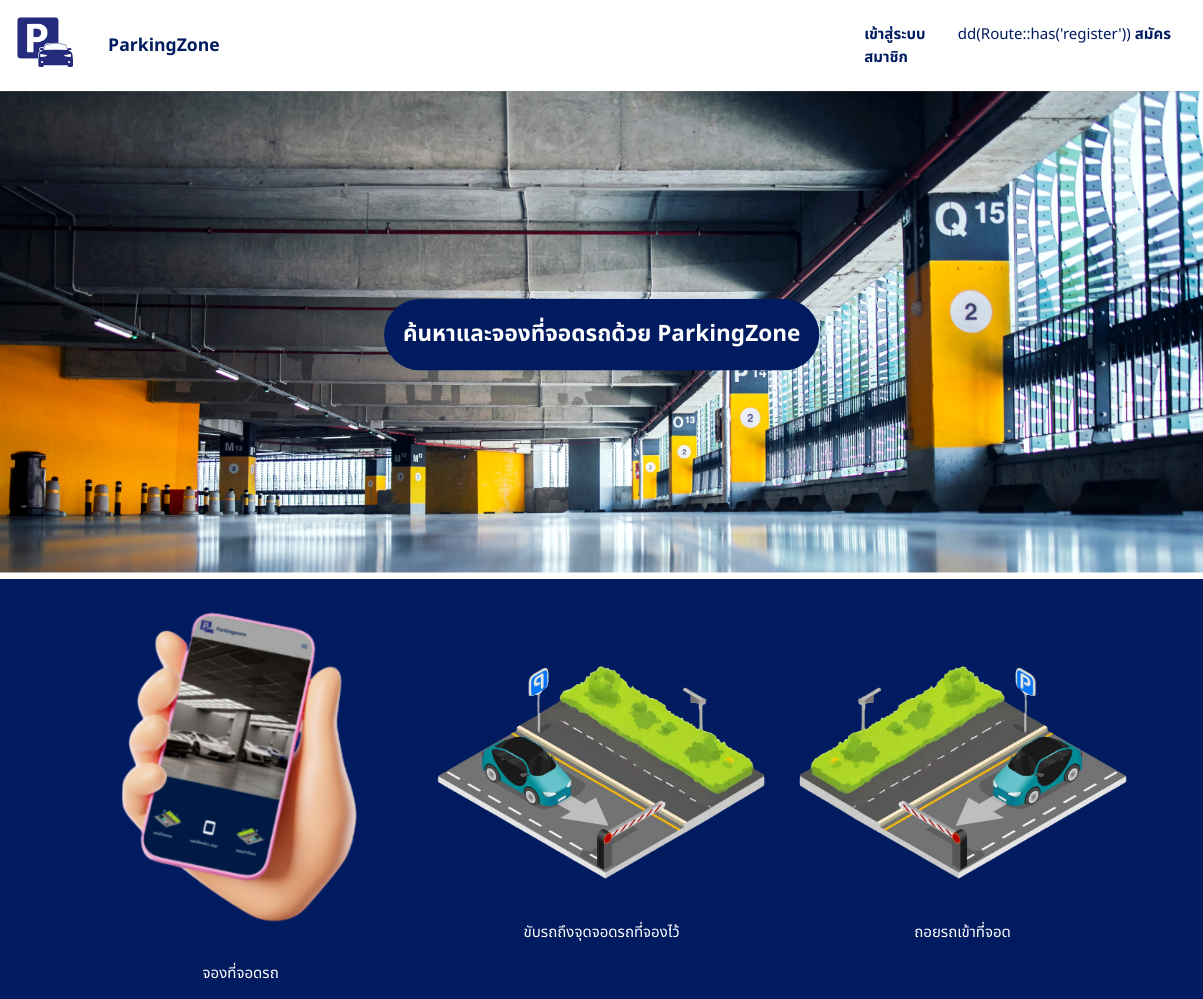
Repository: ThanyalakSasen/webApp
Page: http://localhost/
An editor plug-in stored every save of this project. The page is shown before and after a run of saves, followed by the edit.
The browser window is 1280 px wide. The pictures show the whole page, at 94% of full size.
The page is served by the project's Laravel application, run on PHP 8.4 with Laravel 12. Other server files are loaded and not shown.

Above is the page before, as saved 2024-09-29 19:03:16.

### resources/views/welcome.blade.php
<!DOCTYPE html>
<html lang="{{ str_replace('_', '-', app()->getLocale()) }}">
    <head>
        <meta charset="utf-8">
        <meta name="viewport" content="width=device-width, initial-scale=1">

        <title>ParkingZone</title>

        <!-- Fonts -->
        <link rel="preconnect" href="https://fonts.bunny.net">
        <link href="https://fonts.bunny.net/css?family=figtree:400,600&display=swap" rel="stylesheet" />

        <!-- Styles -->
        <style>
            @font-face {
                font-family: Noto_sans_thai;
                src: url("../Noto_Sans_Thai/NotoSansThai-VariableFont_wdth,wght.ttf");
            }
            body{
                font-family: "Noto_sans_thai",sans-serif;
                margin: 0px;
                padding: 0px;
            }
            header{
                display: flex;
                background-color: #ffffff;
                color: #011b60;
                box-shadow: 0px 2px 15px black;
                padding: 15px;
            }
            header h3{
                margin-left: 10px;
                width: 75%;
            }
            header img{
                margin-left: 5%;
                width: 60px;
                height: auto;
            }
            a{
                margin-right: 30px;
                color: #011b60;
                text-decoration: none;
                font-weight: bold;
            }
            nav{
                margin-top: auto;
                margin-bottom: auto;
            }
            .container {
                position: relative;
                text-align: center;
                color: white;
            }
            #centered {
                position: absolute;
                top: 50%;
                left: 50%;
                transform: translate(-50%, -50%);
                background-color: #011b60;
                color: #ffffff;
                padding: 20px;
                border-radius: 40px;
                font-size: x-large;
                font-weight: bolder;
            }
            #main{
                background-color: #011b60;
                width: 100%;
                display: flex;
                color: #ffffff;
                display: flex;
                justify-content: center;

            }
            #main .sub-main{
                width: 30%;
                text-align: center
            }
            #main .sub-main img{
                width: 100%;
                margin-left: auto;
                margin-right: auto;
            }
            #main .sub-main p{
                font-weight: normal;
            }
        </style>
    </head>
    <body class="font-sans antialiased dark:bg-black dark:text-white/50">
        <header>
            <a href="{{url('/welcome')}}"><img src="../../img/logo.png" alt=""></a>
            <h3>ParkingZone</h3>
            @if (Route::has('login'))
            <nav class="-mx-3 flex flex-1 justify-end">
                @auth
                    <a href="{{ url('/praking') }}"
                        class="rounded-md px-3 py-2 text-black ring-1 ring-transparent transition hover:text-black/70 focus:outline-none focus-visible:ring-[#FF2D20] dark:text-white dark:hover:text-white/80 dark:focus-visible:ring-white"
                        >praking</a>
                        <a href="{{ url('/dashboard') }}"
                        class="rounded-md px-3 py-2 text-black ring-1 ring-transparent transition hover:text-black/70 focus:outline-none focus-visible:ring-[#FF2D20] dark:text-white dark:hover:text-white/80 dark:focus-visible:ring-white"
                        >dashboard</a>
            @else
                <a href="{{ route('login') }}"
                        class="rounded-md px-3 py-2 text-black ring-1 ring-transparent transition hover:text-black/70 focus:outline-none focus-visible:ring-[#FF2D20] dark:text-white dark:hover:text-white/80 dark:focus-visible:ring-white"
                        >เข้าสู่ระบบ</a>

                dd(Route::has('register'))
                @if (Route::has('register'))
                    <a href="{{ route('register') }}"
                            class="rounded-md px-3 py-2 text-black ring-1 ring-transparent transition hover:text-black/70 focus:outline-none focus-visible:ring-[#FF2D20] dark:text-white dark:hover:text-white/80 dark:focus-visible:ring-white"
                            >สมัครสมาชิก</a>
                @endif
            @endauth
            </nav>
        @endif
        </header>
        <section>
            <div class="container">
                <img src="../img/parking_lot.jpg" alt="" style="width:100%">
                <div id="centered">ค้นหาและจองที่จอดรถด้วย ParkingZone</div>
            </div>
            <div id="main">
                <div class="sub-main">
                    <img src="../img/456.png" alt="">
                    <p>จองที่จอดรถ</p>
                </div>
                <div class="sub-main">
                    <img src="../img/pikaso_embed1.png" alt="">
                    <p>ขับรถถึงจุดจอดรถที่จองไว้</p>
                </div>
                <div class="sub-main">
                    <img src="../img/pikaso_embed.png" alt="">
                    <p>ถอยรถเข้าที่จอด</p>
                </div>

            </div>
        </section>
    </body>
</html>
{{-- <div class="container-1" style="width:50%">
    <form action="">
    <div id="centered" style="width:100%">
        <p>ค้นหาที่จอดรถ</p>
        <div id="findplace">
                <div>
                    <button>รายชั่วโมง</button>
                    <button>รายวัน</button>
                    <button>รายเดือน</button>
                </div>
                <div>
                    <label for="place">สถานที่</label><br>
                    <select name="place" id="place">
                        <option value="เซนทรัล">เซนทรัล</option>
                        <option value="โลตัส-สาขาโนนม่วง">โลตัส สาขาโนนม่วง</option>
                    </select>
                </div>
                <div>
                    <label for="day">วันที่เข้าจอด</label><br>
                    <input type="date">
                </div>
        </div>
            <input type="submit" value="ค้นหาที่จอด">
        </form>
    </div> --}}

Loaded but not shown: routes/web.php (common file); routes/auth.php (common file); app/Http/Controllers/Auth/EmailVerificationPromptController.php (common file); app/Http/Controllers/Controller.php (common file); app/Http/Controllers/Auth/VerifyEmailController.php (common file)

After the next 2 saves:
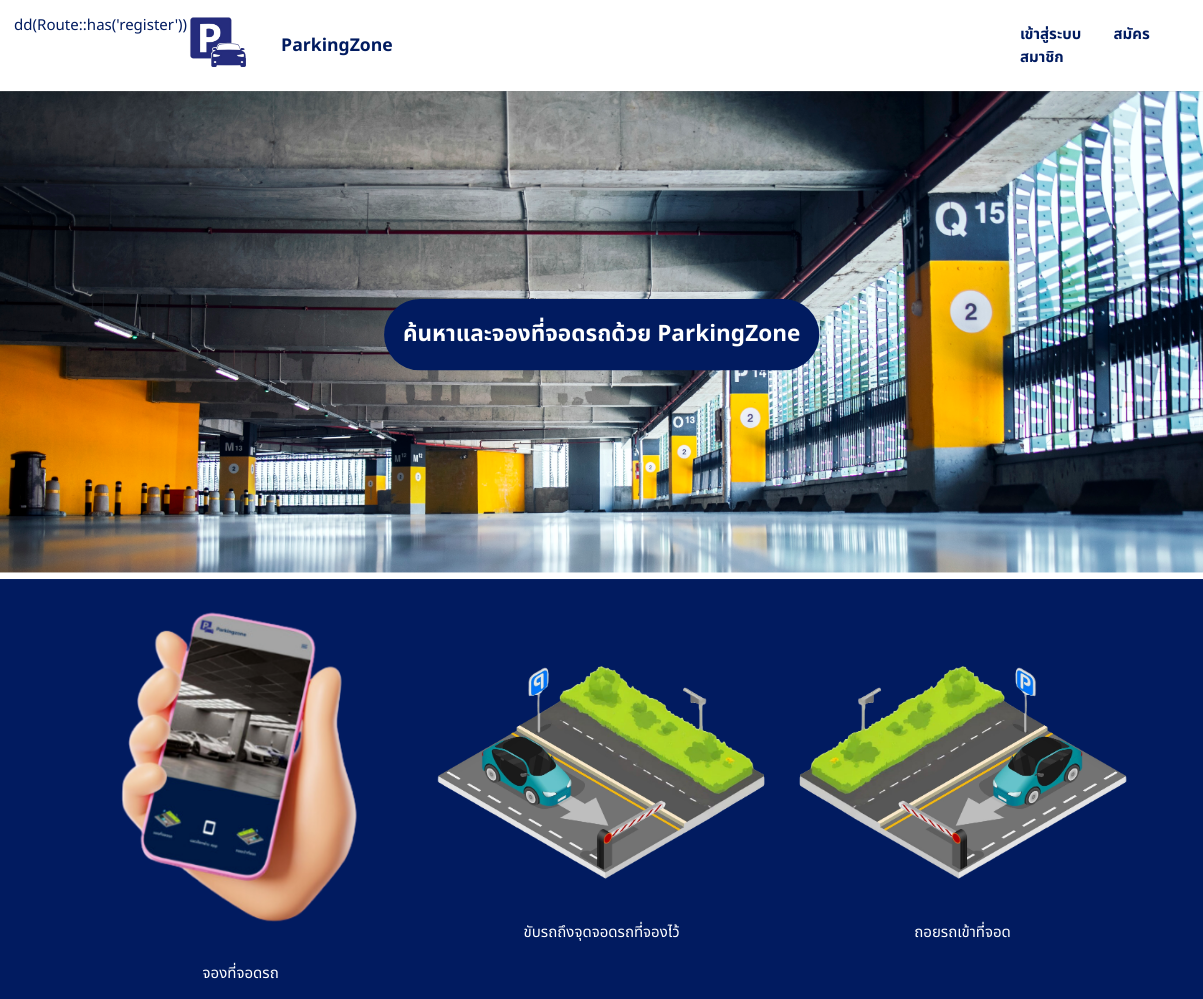
The 2 saves are shown as one change because they came seconds apart.
The last was saved 21 s later.
--- a/resources/views/welcome.blade.php
+++ b/resources/views/welcome.blade.php
@@ -89,6 +89,7 @@
     </head>
     <body class="font-sans antialiased dark:bg-black dark:text-white/50">
         <header>
+            dd(Route::has('register'))
             <a href="{{url('/welcome')}}"><img src="../../img/logo.png" alt=""></a>
             <h3>ParkingZone</h3>
             @if (Route::has('login'))
@@ -105,7 +106,6 @@
                         class="rounded-md px-3 py-2 text-black ring-1 ring-transparent transition hover:text-black/70 focus:outline-none focus-visible:ring-[#FF2D20] dark:text-white dark:hover:text-white/80 dark:focus-visible:ring-white"
                         >เข้าสู่ระบบ</a>
 
-                dd(Route::has('register'))
                 @if (Route::has('register'))
                     <a href="{{ route('register') }}"
                             class="rounded-md px-3 py-2 text-black ring-1 ring-transparent transition hover:text-black/70 focus:outline-none focus-visible:ring-[#FF2D20] dark:text-white dark:hover:text-white/80 dark:focus-visible:ring-white"
